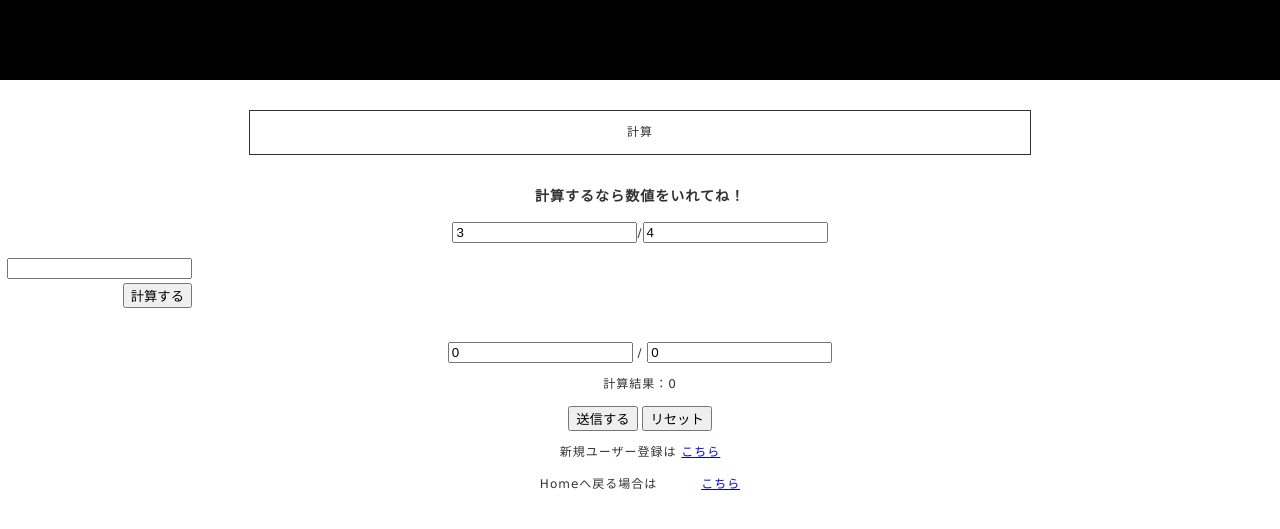
Repository: HattoriKotaro19920408/Keisanchan
Page: http://localhost/Keisanchan/keisan.jsp
These files come from the project's save history. The page is drawn as it stood at one moment and after the next save; the edit follows.
The browser window is 1280 px wide. The pictures show the whole page.
The page is served by Tomcat 9. Other server files are loaded and not shown.

Above is the page before, as saved 2018-08-08 02:00:57.

### Keisanchan/WebContent/keisan.jsp
<%@ page language="java" contentType="text/html; charset=UTF-8"
    pageEncoding="UTF-8"%>
<%@ taglib prefix="s" uri="/struts-tags" %>
<!DOCTYPE html PUBLIC "-//W3C//DTD HTML 4.01 Transitional//EN" "http://www.w3.org/TR/html4/loose.dtd">
<html>
<head>
<meta http-equiv="Content-Type" content="text/html; charset=utf-8" />
<meta http-equiv="Content-Style-Type" content="text/css" />
<meta http-equiv="Content-Script-Type" content="text/javascript" />
<meta http-equiv="imagetoolbar" content="no" />
<meta name="description" content="" />
<meta name="keywords" content="" />

<title>計算画面</title>
<style type="text/css">
 body{
      margin:0;
      padding:0;
      line-height:1.6;
      letter-spacing:1px;
      font-family:Verdana, Helvetica, sans-serif;
      font-size:12px;
      color:#333;
      background:#fff;
   }
   table{
     text-align:center;
     margin:o auto;
   }

   #top{
     width:780px;
     margin:30px auto;
     border:1px solid #333;
   }
   #header{
     width:100%;
     height:80px;
     background-color:black;
   }
   #main{
     width:100%;
     height:500px;
     text-align:center;
   }
   #footer{
     width:100%;
     height:80px;
     background-color:black;
     clear:both;
   }
   #text-center{
      display:inline-block;
      text-align:center;
   }

</style>
</head>
<body>
<div id="header">
        <div id="pr">
        </div>
</div>
<div id = "main">
       <div id="top">
          <p>計算</p>
       </div>
       <div>
        <h3>計算するなら数値をいれてね！</h3>
          <s:form action="KeisanAction">
             <p> <input type="number" name="toki" value="3">/<input type="number" name="zikoshi" value="4"></p>
              <s:password name="loginPassword"/>
              <s:submit value="計算する"/>
       </s:form>
       <br/>
       <form method="get" action="keisanResult.jsp" oninput="result.value = Number(a.value) + Number(b.value);">

<p><input type="number" name="a" value="0"> / <input type="number" name="b" value="0"></p>

<p>計算結果：<output name="result">0</output></p>

<p><input type="submit" value="送信する"> <input type="reset" value="リセット"></p>

</form>

       <div id="text-link">
          <p>新規ユーザー登録は
              <a href='<s:url action="UserCreateAction"/>'>こちら</a></p>
          <p>Homeへ戻る場合は
        　　　<a href='<s:url action="GoHomeAction"/>'>こちら</a></p>
       </div>
       </div>
   </div>
</body>
</html>

After the next save:
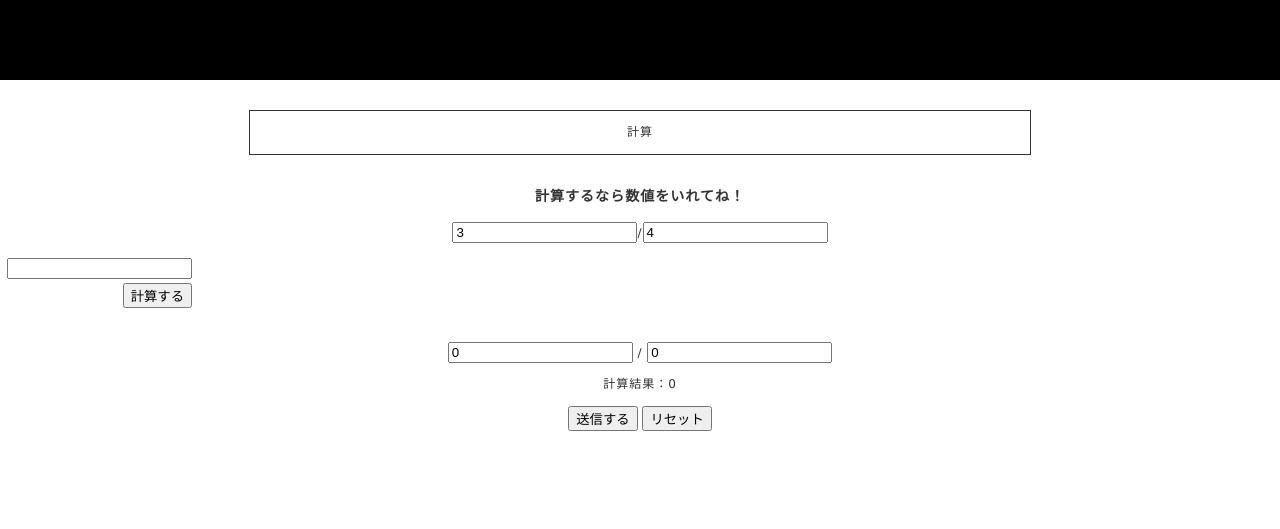
Saved 8 min 32 s later.
--- a/Keisanchan/WebContent/keisan.jsp
+++ b/Keisanchan/WebContent/keisan.jsp
@@ -84,10 +84,7 @@
 </form>
 
        <div id="text-link">
-          <p>新規ユーザー登録は
-              <a href='<s:url action="UserCreateAction"/>'>こちら</a></p>
-          <p>Homeへ戻る場合は
-        　　　<a href='<s:url action="GoHomeAction"/>'>こちら</a></p>
+
        </div>
        </div>
    </div>
